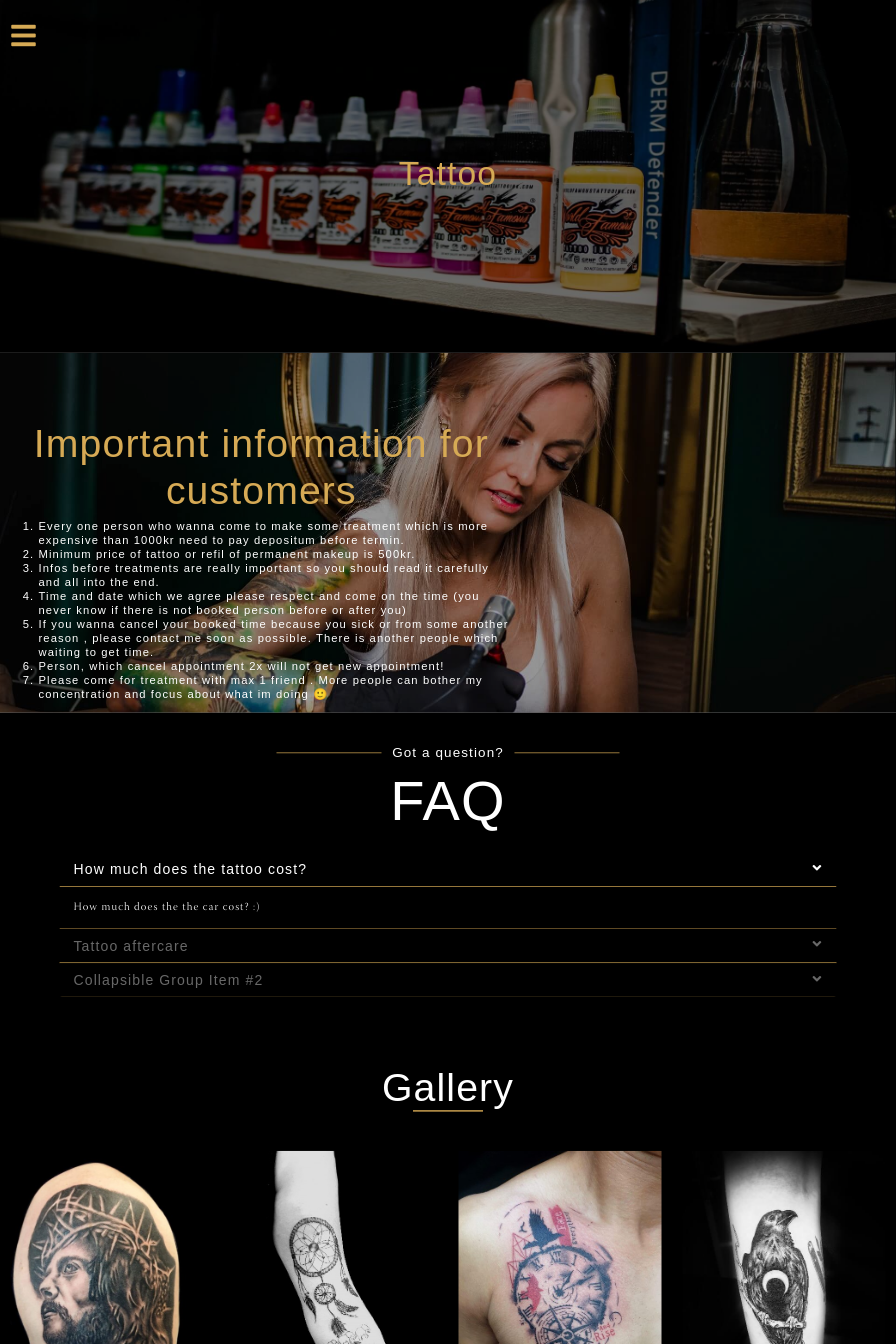
Repository: Spreceriany/TattooWeb
Page: tattoo-en.html
An editor plug-in stored every save of this project. The page is shown before and after the next save, followed by the edit.
The browser window is 1280 px wide. The pictures show the part of the page from y = 0 to 1920 px (the page is 3292 px tall before and 3224 px after), at 70% of full size.
Backgrounds fixed to the window are drawn as part of the page. Some web fonts or font styles are not loaded; a fallback is used. Some web libraries are served in a nearby version.

Above is the page before, as saved 2020-04-23 18:52:53.
Console error: TypeError: Cannot read properties of null (reading 'addEventListener')

### tattoo-en.html
<!DOCTYPE html>
<html>
<head>
    <meta charset='utf-8'>
    <meta http-equiv='X-UA-Compatible' content='IE=edge'>
    <title>Tattoo - Manovistudio</title>
    <meta name='viewport' content='width=device-width, initial-scale=1'>
    <link rel='stylesheet' type='text/css' media='screen' href='css/main.css'>

    <link rel="stylesheet" href="https://stackpath.bootstrapcdn.com/bootstrap/4.4.1/css/bootstrap.min.css" integrity="sha384-Vkoo8x4CGsO3+Hhxv8T/Q5PaXtkKtu6ug5TOeNV6gBiFeWPGFN9MuhOf23Q9Ifjh" crossorigin="anonymous">

    <link rel="stylesheet" href="https://use.fontawesome.com/releases/v5.11.2/css/all.css">

    <link rel="stylesheet" href="css/mdb.min.css">

    <link rel="stylesheet" href="css/lightgallery.min.css">

    <link rel="stylesheet" href="css/swiper.css">

    <link rel="stylesheet" href="css/aos.css">

    <link rel="stylesheet" href="css/style.css">
    <link rel="icon" type="image/png" href="/images/favicon-32x32.png" sizes="32x32" />
    <link rel="icon" type="image/png" href="/images/favicon-16x16.png" sizes="16x16" />
</head>
<body>
  <div style="overflow-x:hidden; position:relative">
  <div class="wrapper-tattoo">
    <button class="netflix-nav-btn netflix-open-btn">
   <i class="fas fa-bars fa-2x"></i>
</button>

<h1 class="gold site-section-heading2">Tattoo</h1>


<div class="netflix-nav netflix-nav-black">
   <div class="netflix-nav netflix-nav-red">
       <div class="netflix-nav netflix-nav-white">

           <button class="netflix-nav-btn netflix-close-btn"><i class="fas fa-times"></i></button>

           <img class="netflix-logo" src="images/GOLD.png" alt="ManoviStudio Logo" />

           <ul class="netflix-list">
               <li><a href="index-en.php">Home</a></li>
               <li><a href="index-en.php#about">About</a></li>
               <li><a href="index-en.php-en#services">Services</a></li>
               <li>
                   <ul>
                       <li><a href="tattoo-en.html" class="gold">Tattoo</a></li>
                       <li><a href="beauty-en.html" >Beauty</a></li>
                       <li><a href="piercing-en.html">Piercing</a></li>

                   </ul>
               </li>
               <li><a href="index-en.php#contact">Contact Us</a></li>

              <li>
                <a href="tattoo.html">Danish</a
                ><img
                  src="/images//denmark.svg"
                  alt="danish-flag"
                  class="flag"
                />
              </li>
           </ul>
       </div>
   </div>
</div>




</div>
<div style="overflow-x:hidden; position:relative">
  <div class="container-fluid tattoo-uvod">
    <div class="row pt-5">
      <div class="col-7 pt-5 ">
          <h2 class="gold  text-center display-4 ">Important information for customers</h2>
          <ol class="text-white second-font">
            <li>Every one person who wanna come to make some treatment which is more expensive than 1000kr need to pay depositum before termin. </li>
            <li>Minimum price of tattoo or refil of permanent makeup is 500kr.</li>
            <li>Infos before treatments are really important so you should read it carefully and all into the end. </li>
            <li> Time and date which we agree please respect and come on the time (you never know if there is not booked person before or after you) </li>
            <li> If you wanna cancel your booked time because you sick or from some another reason , please contact me soon as possible. There is another people which waiting to get time. </li>
            <li>Person, which cancel appointment 2x will not get new appointment!</li>
            <li>Please come for treatment with max 1 friend . More people can bother my concentration and focus about what im doing 🙂</li>
          </ol>
      </div>
    </div>
  </div>
<div class="container-fluid black-bg py-5" style="height: auto;"  data-aos="fade" data-aos-duration="2000">
  <div class="container align-items-center flex-column ">
    <div class="text-center" data-aos="zoom-in">
         <h2 class="subtitle fancy text-white" style="font-size: 1.2em;"><span>Got a question?</span></h2>
     <p style="font-size: 5em;" class="mt-5 text-white">FAQ</p>
    </div>


    <div class="accordion md-accordion py-5 " id="accordionEx" role="tablist" aria-multiselectable="true" data-aos="fade" data-aos-duration="2000">

      <!-- Accordion card -->
      <div class="card black-bg">

        <!-- Card header -->
        <div class="card-header panel-heading-active " role="tab" id="headingOne1">
          <a data-toggle="collapse" data-parent="#accordionEx" href="#collapseOne1" aria-expanded="true"
            aria-controls="collapseOne1">
            <h5 class="mb-0 ">
              How much does the tattoo cost? <i class="fas fa-angle-down rotate-icon float-right"></i>
            </h5>
          </a>
        </div>

        <!-- Card body -->
        <div id="collapseOne1" class="collapse show" role="tabpanel" aria-labelledby="headingOne1"
          data-parent="#accordionEx">
          <div class="card-body">
         How much does the the car cost? :)
          </div>
        </div>

      </div>
      <!-- Accordion card -->

      <!-- Accordion card -->
      <div class="card  black-bg">

        <!-- Card header -->
        <div class="card-header panel-heading-active" role="tab" id="headingTwo2">
          <a class="collapsed" data-toggle="collapse" data-parent="#accordionEx" href="#collapseTwo2"
            aria-expanded="false" aria-controls="collapseTwo2">
            <h5 class="mb-0 ">
              Tattoo aftercare <i class="fas fa-angle-down rotate-icon float-right"></i>
            </h5>
          </a>
        </div>

        <!-- Card body -->
        <div id="collapseTwo2" class="collapse" role="tabpanel" aria-labelledby="headingTwo2"
          data-parent="#accordionEx">
          <div class="card-body">


           <ol>
             <li>
               <h6>With protection film</h6>
               <p class="second-font">Leave Protective Film  3 days on tattoo. Could be hard to pull off the skin, simply let some warm water run under the tattoo film, so that the glue becomes tender and removal of the film is easier. You may also use tattoo cream to rub under the film with clean fingers to in order to remove the glue.
              </p>
             </li>
             <li>
               <h6>APPLY A THIN LAYER OF UNSCENTED MOISTURISING CREAM</h6>
               <p class="second-font">You should then apply a thin layer of an unscented moisturising cream like PHANTHENOL – we will tell you which we recommend. 3-5 times a day</p>
             </li>

 <li>
               <h6>KEEP THE TATTOO CLEAN AND DRY</h6>
               <p class="second-font">Keep the tattoo clean and dry, and avoid soaking it in water for at least a month (showers are ok, baths are not). If your clothes are likely to rub on it, keep it covered with gauze/clingfilm and medical tape.</p>
             </li>
             <li>
              <h6>AVOID DIRECT SUNLIGHT</h6>
              <p class="second-font">Avoid exposing it to direct sunlight unless necessary. Healed tattoos, especially coloured ones, can fade in the sun – so when it's completely healed, make sure it's covered in a high SPF if you're going to be catching some rays.</p>
            </li>
            <li>
              <h6> BE PATIENT WITH HEALING TIMES</h6>
              <p class="second-font">Healing times depend on how well you heal and the size of the design. This can range anywhere from around a week for simple, small line designs, to several months for complex, larger designs. Keep following your aftercare instructions for as long as the artist told you to, and make sure the tattoo is kept well-moisturised and clean for a good few months after that, avoiding abrasive skin products.</p>
            </li>
            <li>
              <h6>DO. NOT. ITCH.</h6>
              <p class="second-font">As the tattoo heals, it may scab or flake slightly. Avoid picking at it, as this may remove the ink in that area and lead to patches fading or being removed altogether. If it itches, don't scratch – slap it lightly instead. This should only last for the first few weeks or so – if it stays raised, itches uncontrollably, is red around the design, keeps bleeding for more than a day or so after having it done, or is continuously hot to the touch, go back to your artist or seek medical advice. Infected tattoos are very rare but can happen, and it's always worth getting it checked out if you're worried about it.</p>
            </li>
            <li>
              <h6>COME  BACK TO THE STUDIO FOR TOUCH UPS, IF NEEDED</h6>
              <p class="second-font">If you do lose ink, our studio will retouch it for free – bad tattoos and service lead to bad reputations, so it's in their interests to make sure you're happy with the final product. After about 5 weeks, come back if you need touch-ups on any area of the tattoo. WE WANT YOU TO BE HAPPY .
                ! Cover Max 6 months from date of treatment 😉 !</p>
            </li>
           </ol>
          </div>
        </div>

      </div>
      <!-- Accordion card -->

      <!-- Accordion card -->


      <div class="card  black-bg">

        <!-- Card header -->
        <div class="card-header panel-heading-active" role="tab" id="headingThree3">
          <a class="collapsed" data-toggle="collapse" data-parent="#accordionEx" href="#collapseThree3"
            aria-expanded="false" aria-controls="collapseThree3">
            <h5 class="mb-0 ">
              Collapsible Group Item #2 <i class="fas fa-angle-down rotate-icon float-right"></i>
            </h5>
          </a>
        </div>

        <!-- Card body -->
        <div id="collapseThree3" class="collapse" role="tabpanel" aria-labelledby="headingThree3"
          data-parent="#accordionEx">
          <div class="card-body">
            Anim pariatur cliche reprehenderit, enim eiusmod high life accusamus terry richardson ad squid. 3
            wolf moon officia aute, non cupidatat skateboard dolor brunch. Food truck quinoa nesciunt laborum
            eiusmod. Brunch 3 wolf moon tempor, sunt aliqua put a bird on it squid single-origin coffee nulla
            assumenda shoreditch et. Nihil anim keffiyeh helvetica, craft beer labore wes anderson cred
            nesciunt sapiente ea proident. Ad vegan excepteur butcher vice lomo. Leggings occaecat craft beer
            farm-to-table, raw denim aesthetic synth nesciunt you probably haven't heard of them accusamus
            labore sustainable VHS.
          </div>
        </div>

      </div>

        <!-- Accordion card -->

      </div>
<!-- Accordion wrapper -->

  </div>
</div>




<div class="site-wrap"  data-aos="fade">





  <div   data-aos="fade">
    <div class="container-fluid bg-black">

      <div class="row justify-content-center">

        <div class="col-md-7">
          <div class="row mb-5">
            <div class="col-12 ">
              <h2 class="site-section-heading text-center text-white">Gallery</h2>
            </div>
          </div>
        </div>

      </div>
      <div class="row gallery-container" id="lightgallery">
        <div class="col-sm-6 col-md-4 col-lg-4 col-xl-3 item img-gallery center-images-tattoo image-box" data-aos="fade" data-src="images/tattoo/IMG_1086.jpg" data-sub-html="<h4>Fading Light</h4><p>Lorem ipsum dolor sit amet, consectetur adipisicing elit. Dolor doloremque hic excepturi fugit, sunt impedit fuga tempora, ad amet aliquid?</p>">
          <a href="#"><img src="images/tattoo/IMG_1086.jpg" alt="Tattoo-image" class="img-fluid img-resize2"></a>
        </div>
        <div class="col-sm-6 col-md-4 col-lg-4 col-xl-3 item img-gallery center-images-tattoo image-box" data-aos="fade" data-src="images/tattoo/IMG_1089.jpg" data-sub-html="<h4>Fading Light</h4><p>Lorem ipsum dolor sit amet, consectetur adipisicing elit. Laboriosam omnis quaerat molestiae, praesentium. Ipsam, reiciendis. Aut molestiae animi earum laudantium.</p>">
          <a href="#"><img src="images/tattoo/IMG_1089.jpg" alt="Tattoo-image" class="img-fluid img-resize2"></a>
        </div>
        <div class="col-sm-6 col-md-4 col-lg-4 col-xl-3 item img-gallery  center-images-tattoo image-box" data-aos="fade" data-src="images/tattoo/IMG_1090.jpg" data-sub-html="<h4>Fading Light</h4><p>Lorem ipsum dolor sit amet, consectetur adipisicing elit. Quidem reiciendis, dolorum illo temporibus culpa eaque dolore rerum quod voluptate doloribus.</p>">
          <a href="#"><img src="images/tattoo/IMG_1090.jpg" alt="Tattoo-image" class="img-fluid img-resize2"></a>
        </div>
        <div class="col-sm-6 col-md-4 col-lg-4 col-xl-3 item img-gallery  center-images-tattoo image-box" data-aos="fade" data-src="images/tattoo/IMG_1095.jpg" data-sub-html="<h4>Fading Light</h4><p>Lorem ipsum dolor sit amet, consectetur adipisicing elit. Enim perferendis quae iusto omnis praesentium labore tempore eligendi quo corporis sapiente.</p>">
          <a href="#"><img src="images/tattoo/IMG_1095.jpg" alt="Tattoo-image" class="img-fluid img-resize2"></a>
        </div>
        <div class="col-sm-6 col-md-4 col-lg-4 col-xl-3 item img-gallery  center-images-tattoo image-box" data-aos="fade" data-src="images/tattoo/IMG_1102.jpg" data-sub-html="<h4>Fading Light</h4><p>Lorem ipsum dolor sit amet, consectetur adipisicing elit. Saepe, voluptatum voluptate tempore aliquam, dolorem distinctio. In quas maiores tenetur sequi.</p>">
          <a href="#"><img src="images/tattoo/IMG_1102.jpg" alt="Tattoo-image" class="img-fluid img-resize2"></a>
        </div>
        <div class="col-sm-6 col-md-4 col-lg-4 col-xl-3 item img-gallery  center-images-tattoo image-box" data-aos="fade" data-src="images/tattoo/IMG_1103.jpg" data-sub-html="<h4>Fading Light</h4><p>Lorem ipsum dolor sit amet, consectetur adipisicing elit. Saepe, voluptatum voluptate tempore aliquam, dolorem distinctio. In quas maiores tenetur sequi.</p>">
          <a href="#"><img src="images/tattoo/IMG_1103.jpg" alt="Tattoo-image" class="img-fluid img-resize2"></a>
        </div>
        <div class="col-sm-6 col-md-4 col-lg-4 col-xl-3 item img-gallery  center-images-tattoo image-box" data-aos="fade" data-src="images/tattoo/IMG_1454.jpg" data-sub-html="<h4>Fading Light</h4><p>Lorem ipsum dolor sit amet, consectetur adipisicing elit. Saepe, voluptatum voluptate tempore aliquam, dolorem distinctio. In quas maiores tenetur sequi.</p>">
          <a href="#"><img src="images/tattoo/IMG_1454.jpg" alt="Tattoo-image" class="img-fluid img-resize2"></a>
        </div>
        <div class="col-sm-6 col-md-4 col-lg-4 col-xl-3 item img-gallery  center-images-tattoo image-box" data-aos="fade" data-src="images/tattoo/IMG_1877.jpg" data-sub-html="<h4>Fading Light</h4><p>Lorem ipsum dolor sit amet, consectetur adipisicing elit. Saepe, voluptatum voluptate tempore aliquam, dolorem distinctio. In quas maiores tenetur sequi.</p>">
          <a href="#"><img src="images/tattoo/IMG_1877.jpg" alt="Tattoo-image" class="img-fluid img-resize2"></a>
        </div>
        <div class="col-sm-6 col-md-4 col-lg-4 col-xl-3 item img-gallery  center-images-tattoo image-box" data-aos="fade" data-src="images/tattoo/IMG_1878.jpg" data-sub-html="<h4>Fading Light</h4><p>Lorem ipsum dolor sit amet, consectetur adipisicing elit. Saepe, voluptatum voluptate tempore aliquam, dolorem distinctio. In quas maiores tenetur sequi.</p>">
          <a href="#"><img src="images/tattoo/IMG_1878.jpg" alt="Tattoo-image" class="img-fluid img-resize2"></a>
        </div>
        <div class="col-sm-6 col-md-4 col-lg-4 col-xl-3 item img-gallery  center-images-tattoo image-box" data-aos="fade" data-src="images/tattoo/IMG_1879.jpg" data-sub-html="<h4>Fading Light</h4><p>Lorem ipsum dolor sit amet, consectetur adipisicing elit. Saepe, voluptatum voluptate tempore aliquam, dolorem distinctio. In quas maiores tenetur sequi.</p>">
          <a href="#"><img src="images/tattoo/IMG_1879.jpg" alt="Tattoo-image" class="img-fluid img-resize2"></a>
        </div>
        <div class="col-sm-6 col-md-4 col-lg-4 col-xl-3 item img-gallery  center-images-tattoo image-box" data-aos="fade" data-src="images/tattoo/IMG_1884.jpg" data-sub-html="<h4>Fading Light</h4><p>Lorem ipsum dolor sit amet, consectetur adipisicing elit. Saepe, voluptatum voluptate tempore aliquam, dolorem distinctio. In quas maiores tenetur sequi.</p>">
          <a href="#"><img src="images/tattoo/IMG_1884.jpg" alt="Tattoo-image" class="img-fluid img-resize2"></a>
        </div>
        <div class="col-sm-6 col-md-4 col-lg-4 col-xl-3 item img-gallery  center-images-tattoo image-box" data-aos="fade" data-src="images/tattoo/arm_photo" data-sub-html="<h4>Fading Light</h4><p>Lorem ipsum dolor sit amet, consectetur adipisicing elit. Saepe, voluptatum voluptate tempore aliquam, dolorem distinctio. In quas maiores tenetur sequi.</p>">
          <a href="#"><img src="images/tattoo/arm_photo.jpg" alt="Tattoo-image" class="img-fluid img-resize2"></a>
        </div>







      </div>
    </div>
  </div>






  </div>


<div class="container-fluid px-0"  >
      <!--- Footer -->
      <footer class="footer-bs">
        <div class="row">
          <div class="col-md-4 footer-brand animated fadeInLeft d-flex col-12">
            <img
              src="images/GOLD.png"
              alt=""
              class=" d-flex justify-content-center align-self-center logo-footer mx-auto"
            />
          </div>
          <div class="col-12 col-md-4 text-center justify-content-center align-content-center d-flex   ">
            <p class="align-self-center mb-sm-4 gray">All right reserved &copy;</p>
          </div>

          <div
            class="col-md-4 col-12 footer-social animated fadeInDown d-flex flex-column mx-auto text-center justify-content-center align-items-center  "
          >
            <h4 class="gray">Follow Us</h4>
            <ul class="text-center flex-row d-flex mx-1">
              <li>
                <a href="https://www.instagram.com/alex_manovi_tattoo/">
                  <i class="fab fa-instagram fa-2x mb-1 ikonka hvr-bob" aria-hidden="true"></i>
                </a>
              </li>
              <li>
                <a href="https://www.facebook.com/manovistudio/">
                  <i class="fab fa-facebook fa-2x ikonka hvr-bob" aria-hidden="true"></i>
                </a>
              </li>
            </ul>
          </div>

        </div>
      </footer>
    </div>
</div>
  </div>
</body>
     <!-- Optional JavaScript -->
    <!-- jQuery first, then Popper.js, then Bootstrap JS -->
    <script  src="js/jquery-3.3.1.min.js"></script>
  <script defer src="js/swiper.min.js"></script>
  <script src="js/aos.js"></script>

  <script defer src="js/lightgallery-all.min.js"></script>

  <script src="js/main.js"></script>
  <script defer src="js/bootstrap.min.js"></script>
  <script src="js/js.js"></script>
  <script>
    $(document).ready(function () {
      $('#lightgallery').lightGallery();
    });
  </script>
  </body>
</html>

Loaded but not shown: css/mdb.min.css (library); css/lightgallery.min.css (library); css/swiper.css (library); css/aos.css (library); js/jquery-3.3.1.min.js (library); js/aos.js (library); js/swiper.min.js (library); js/lightgallery-all.min.js (library); js/bootstrap.min.js (library); js/main.js (294 lines, source omitted); js/js.js (142 lines, source omitted); css/style.css (1190 lines, source omitted); css/main.css (1996 lines, source omitted)

After the next save:
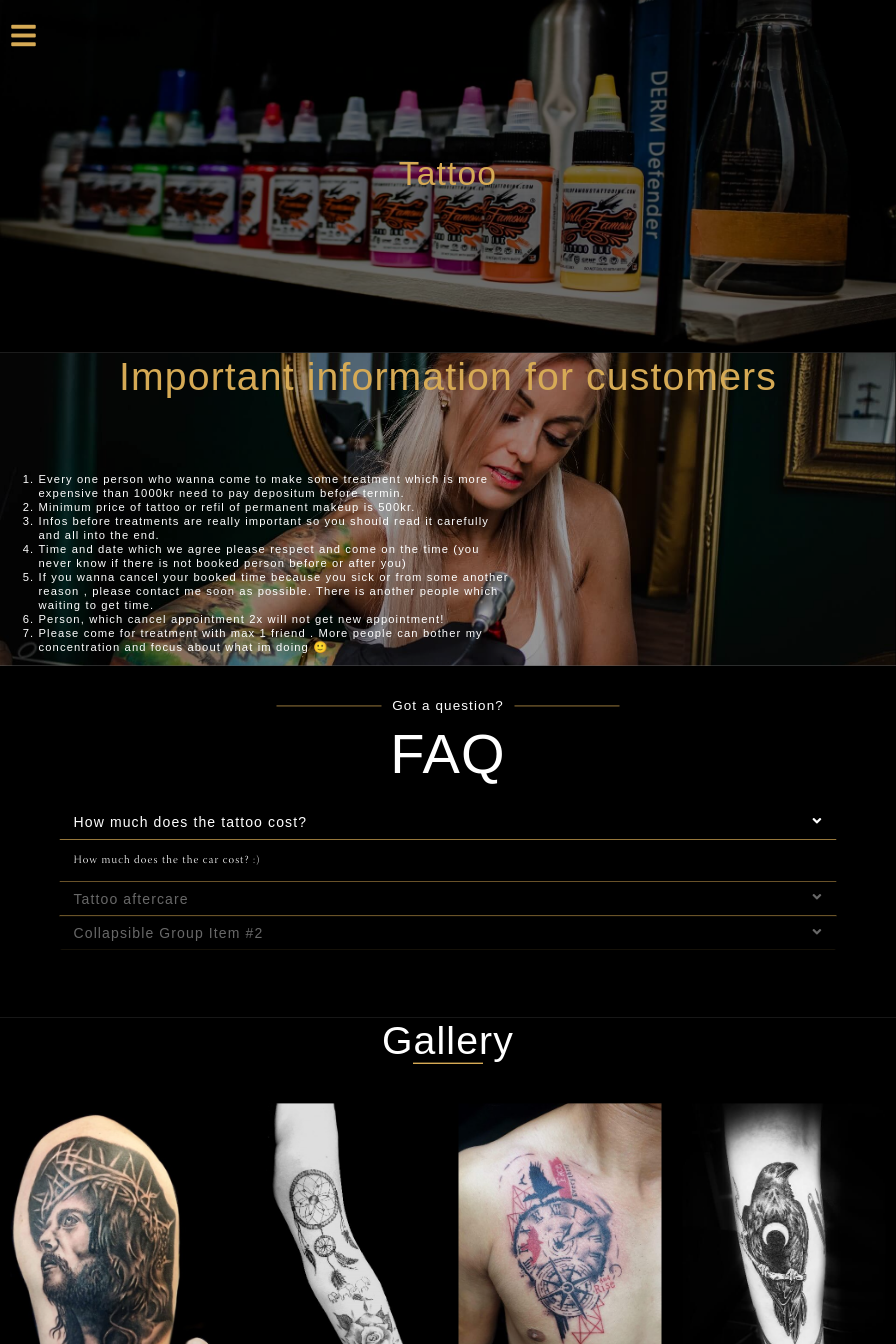
Saved 13 s later.
--- a/tattoo-en.html
+++ b/tattoo-en.html
@@ -74,9 +74,10 @@
 </div>
 <div style="overflow-x:hidden; position:relative">
   <div class="container-fluid tattoo-uvod">
+    <h2 class="gold  text-center display-4 ">Important information for customers</h2>
     <div class="row pt-5">
       <div class="col-7 pt-5 ">
-          <h2 class="gold  text-center display-4 ">Important information for customers</h2>
+
           <ol class="text-white second-font">
             <li>Every one person who wanna come to make some treatment which is more expensive than 1000kr need to pay depositum before termin. </li>
             <li>Minimum price of tattoo or refil of permanent makeup is 500kr.</li>
